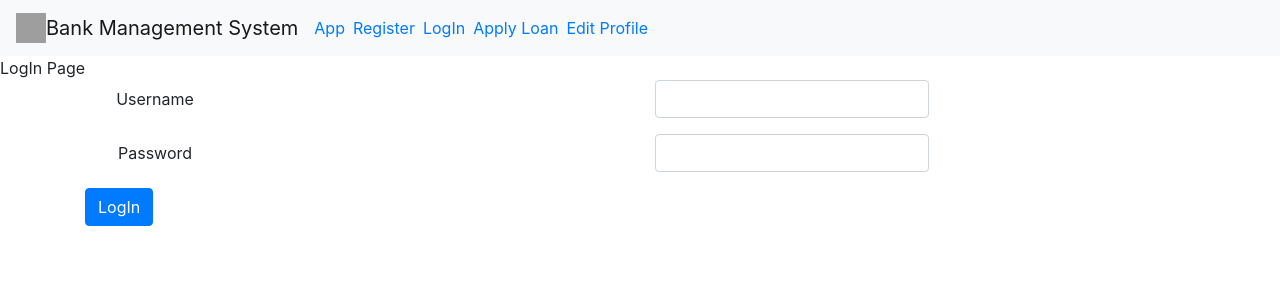
Repository: Nilkumar-Sharma/Bank-Management-System-Frontend-React
Page: /login
These files come from the project's save history. The page is drawn as it stood at one moment and after the next save; the edit follows.
The browser window is 1280 px wide. The pictures show the whole page.
Pictures or frames that could not be fetched are drawn as grey boxes. The project was rebuilt for these pictures with package versions that can differ from the ones it lists, and the page was loaded fresh each time. Also part of the build but not shown: src/App.css, src/Counter/Counter.js, src/App.js, src/components/Register/Register.module.scss, src/components/Register/Register.js, src/components/LogIn/LogIn.module.scss, src/components/Loan/Loan.module.scss, src/components/Loan/Loan.js and 1 more.

Above is the page before, as saved 2020-07-28 13:49:55.

After the next save:
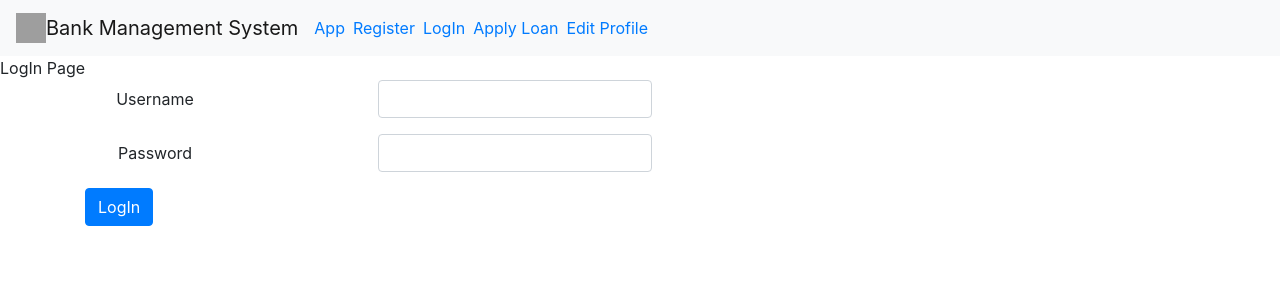
Saved 5 s later.
--- a/src/components/Shared/InputField/InputField.js
+++ b/src/components/Shared/InputField/InputField.js
@@ -28,7 +28,7 @@ class InputField extends Component {
             // <div className="container">
             // <div className="row">
                 <div class="form-group form-inline" >
-                <div className="col-6">
+                <div className="col-3">
                     <label htmlFor={this.props.id}>{this.props.Label}</label>
 
                 </div>
